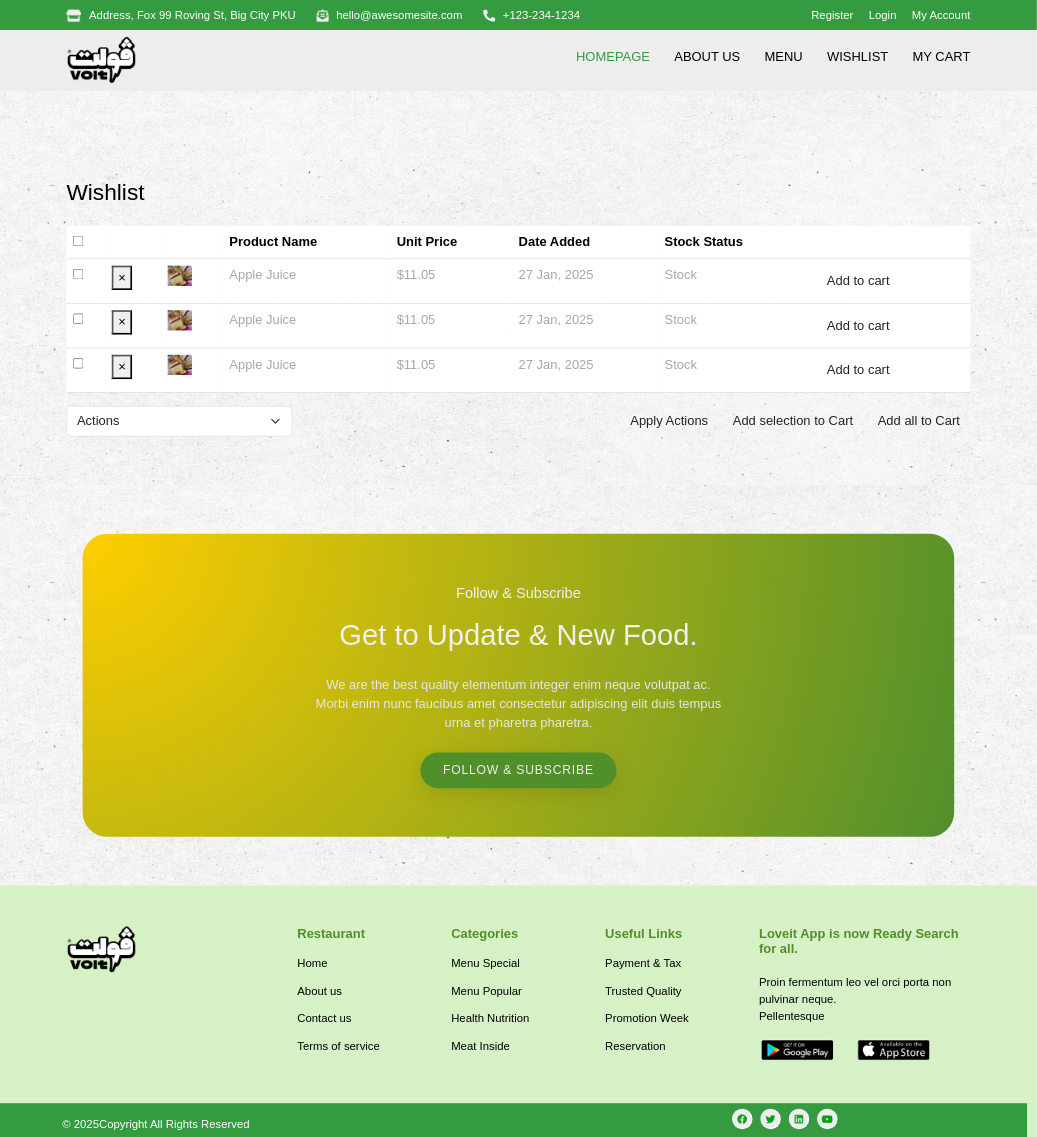
Repository: junivig/volt-new-project
Page: wishlist.html
An editor plug-in stored every save of this project. The page is shown before and after the next save, followed by the edit.
The browser window is 1280 px wide. The pictures show the whole page, at 81% of full size.

Above is the page before, as saved 2025-02-07 11:43:22.

### wishlist.html
<!DOCTYPE html>
<html lang="en">

<head>
  <meta charset="utf-8">
  <meta content="width=device-width, initial-scale=1.0" name="viewport">
  <title>Wishlist - Voltfood</title>
  <meta name="description" content="">
  <meta name="keywords" content="">

  <!-- Favicons -->
  <link href="assets/img/favicon.png" rel="icon">
  <link href="assets/img/apple-touch-icon.png" rel="apple-touch-icon">

  <!-- Fonts -->
  <link href="https://fonts.googleapis.com" rel="preconnect">
  <link href="https://fonts.gstatic.com" rel="preconnect" crossorigin>
  <link href="https://fonts.googleapis.com/css2?family=Roboto:ital,wght@0,100;0,300;0,400;0,500;0,700;0,900;1,100;1,300;1,400;1,500;1,700;1,900&family=Raleway:ital,wght@0,100;0,200;0,300;0,400;0,500;0,600;0,700;0,800;0,900;1,100;1,200;1,300;1,400;1,500;1,600;1,700;1,800;1,900&family=Ubuntu:ital,wght@0,300;0,400;0,500;0,700;1,300;1,400;1,500;1,700&display=swap" rel="stylesheet">

  <!-- Vendor CSS Files -->
  <link href="assets/vendor/bootstrap/css/bootstrap.min.css" rel="stylesheet">
  <link href="assets/vendor/bootstrap-icons/bootstrap-icons.css" rel="stylesheet">
  <link href="assets/vendor/aos/aos.css" rel="stylesheet">
  <link href="assets/vendor/glightbox/css/glightbox.min.css" rel="stylesheet">
  <link href="assets/vendor/swiper/swiper-bundle.min.css" rel="stylesheet">

  <!-- Main CSS File -->
  <link href="assets/css/main.css" rel="stylesheet">

  <!-- =======================================================
  * Template Name: eNno
  * Template URL: https://bootstrapmade.com/enno-free-simple-bootstrap-template/
  * Updated: Aug 07 2024 with Bootstrap v5.3.3
  * Author: BootstrapMade.com
  * License: https://bootstrapmade.com/license/
  ======================================================== -->
</head>

<body class="index-page">

  <header id="header" class="header ">
    <div class="container-fluid  top-header">
      <div class="container-xl">
          <div class="row align-items-center">
              <div class="col-md-8 d-flex align-items-center">
                <nav id="navmenu" class="navmenu">
                  <ul>
                <li class="">
                  <img src="assets/img/location-icon.png" alt="Location Icon" class="icon-right">
                  <span class="top-header-text">Address, Fox 99 Roving St, Big City PKU</span>
              </li>
                <li class="">
                  <img src="assets/img/email-icon.png" alt="Email Icon" class="icon-right">
                  <span class="top-header-text">hello@awesomesite.com</span>
              </li>
              <li class="">
                <img src="assets/img/phone-icon.png" alt="Phone Icon" class="icon-right">
                <span class="top-header-text">+123-234-1234</span>
            </li>
                  </ul>
                </nav>
              </div>
              <div class="col-md-4 text-end">
                  <a href="#" >Register</a>
                  <a href="#">Login</a>
                  <a href="#">My Account</a>
              </div>
          </div>
        </div>
  </div>
    <div class="container-fluid container-xl position-relative d-flex align-items-center">

      <a href="index.html" class="logo d-flex align-items-center me-auto">

        <img src="assets/img/logo.png" alt="Logo Image">
      </a>

      <nav id="navmenu" class="navmenu">
        <ul>
          <li><a href="index.html" class="active">HOMEPAGE</a></li>
          <li><a href="about.html">ABOUT US</a></li>
          <li><a href="menu.html">MENU</a></li>
          <li><a href="wishlist.html">WISHLIST</a></li>
          <li><a href="cart.html">MY CART</a></li>
          <!-- <li class="dropdown"><a href="#"><span>Dropdown</span> <i class="bi bi-chevron-down toggle-dropdown"></i></a>
            <ul>
              <li><a href="#">Dropdown 1</a></li>
              <li class="dropdown"><a href="#"><span>Deep Dropdown</span> <i class="bi bi-chevron-down toggle-dropdown"></i></a>
                <ul>
                  <li><a href="#">Deep Dropdown 1</a></li>
                  <li><a href="#">Deep Dropdown 2</a></li>
                  <li><a href="#">Deep Dropdown 3</a></li>
                  <li><a href="#">Deep Dropdown 4</a></li>
                  <li><a href="#">Deep Dropdown 5</a></li>
                </ul>
              </li>
              <li><a href="#">Dropdown 2</a></li>
              <li><a href="#">Dropdown 3</a></li>
              <li><a href="#">Dropdown 4</a></li>
            </ul>
          </li> -->
        </ul>
        <i class="mobile-nav-toggle d-xl-none bi bi-list"></i>
      </nav>

      <!-- <a class="btn-getstarted" href="index.html#about">Get Started</a> -->

    </div>
  </header>

  <main class="main">


        <!-- Cart Section -->
        <section id="testimonials" class="testimonials section light-background bg-image">
          <div class="container mt-5">
            <h3>Wishlist</h3>
            <table class="table wishlist-table  mt-4">
                <thead class="border-bottom">
                    <tr>
                        <th><input type="checkbox"></th>
                        <th></th>
                        <th></th>
                        <th>Product Name</th>
                        <th>Unit Price</th>
                        <th>Date Added</th>
                        <th>Stock Status</th>
                        <th></th>
                    </tr>
                </thead>
                <tbody>
                    <tr>
                        <td><input type="checkbox"></td>
                        <td><button class="btn-remove">&times;</button></td>
                        <td><img src="assets/img/breakfast.png" alt="Image"></td>
                        <td> Apple Juice</td>
                        <td>$11.05</td>
                        <td>27 Jan, 2025</td>
                        <td>Stock</td>
                        <td><button class="btn btn-cart">Add to cart</button></td>
                    </tr>
                    <tr>
                      <td><input type="checkbox"></td>
                      <td><button class="btn-remove">&times;</button></td>
                      <td><img src="assets/img/breakfast.png" alt="Image"></td>
                      <td> Apple Juice</td>
                      <td>$11.05</td>
                      <td>27 Jan, 2025</td>
                      <td>Stock</td>
                      <td><button class="btn btn-cart">Add to cart</button></td>
                  </tr>
                  <tr>
                    <td><input type="checkbox"></td>
                    <td><button class="btn-remove">&times;</button></td>
                    <td><img src="assets/img/breakfast.png" alt="Image"></td>
                    <td> Apple Juice</td>
                    <td>$11.05</td>
                    <td>27 Jan, 2025</td>
                    <td>Stock</td>
                    <td><button class="btn btn-cart">Add to cart</button></td>
                </tr>
                </tbody>
            </table>

            <div class="wishlist-actions d-flex justify-content-between">
                <select class="form-select w-25">
                    <option>Actions</option>
                </select>
                <div>
                    <button class="btn btn-cart">Apply Actions</button>
                    <button class="btn btn-cart">Add selection to Cart</button>
                    <button class="btn btn-cart">Add all to Cart</button>
                </div>
            </div>

        </div>
        </section>
      <!-- /Cart Section -->


  </main>





 <!-- /Subscribe Footer Section -->
 <section class="bg-image">
  <div class="footer-newsletter">
    <div class="container">
      <div class="row justify-content-center text-center">
        <div class="col-lg-6">
          <p class="footer-newsletter-sub-heading">Follow & Subscribe</p>
          <h4 class="footer-newsletter-heading">Get to Update & New Food.</h4>
          <p class="footer-newsletter-text">We are the best quality elementum integer enim neque volutpat ac. Morbi enim nunc
            faucibus amet consectetur adipiscing elit duis tempus urna et pharetra pharetra.</p>
            <div class="mt-4">
            <a href="#about" class="subscribe-button">FOLLOW & SUBSCRIBE</a>
          </div>
        </div>
      </div>
    </div>
  </div>
</section><!-- /Subscribe Footer Section -->

<footer id="footer" class="footer">
  <div class="container footer-top">
    <div class="row gy-4">
      <div class="col-lg-3 col-md-6 footer-about">
        <a href="index.html" class="logo d-flex align-items-center me-auto">
          <img src="assets/img/logo.png" alt="Logo Image">
        </a>

      </div>

      <div class="col-lg-2 col-md-3 footer-links">
        <h4 class="footer-pages-heading">Restaurant</h4>
        <ul>
          <li> <a href="#">Home</a></li>
          <li> <a href="about.html">About us</a></li>
          <li> <a href="contact.html">Contact us</a></li>
          <li> <a href="privacy-and-policy.html">Terms of service</a></li>
        </ul>
      </div>

      <div class="col-lg-2 col-md-3 footer-links">
        <h4 class="footer-pages-heading">Categories</h4>
        <ul>
          <li> <a href="#">Menu Special</a></li>
          <li> <a href="#">Menu Popular</a></li>
          <li> <a href="#">Health Nutrition</a></li>
          <li> <a href="#">Meat Inside</a></li>
        </ul>
      </div>
      <div class="col-lg-2 col-md-3 footer-links">
        <h4 class="footer-pages-heading">Useful Links</h4>
        <ul>
          <li> <a href="#">Payment & Tax</a></li>
          <li> <a href="#">Trusted Quality</a></li>
          <li> <a href="#">Promotion Week</a></li>
          <li> <a href="#">Reservation</a></li>
        </ul>
      </div>

      <div class="col-lg-3 col-md-12">
        <h4 class="footer-pages-heading">Loveit App is now Ready Search for all.</h4>
        <p>Proin fermentum leo vel orci porta non pulvinar neque. <br> Pellentesque</p>
        <div class="row">
          <div class="col-lg-5 col-md-6 col-sm-12">
            <img src="assets/img/android.png" alt="Google Play Image" class="mobile-app-image">
         </div>
         <div class="col-lg-5 col-md-6 col-sm-12">
          <img src="assets/img/apple.png" alt="Apple Store Image" class="mobile-app-image">
       </div>
      </div>

    </div>
  </div>
  </div>
  <div class="row copyright mt-4">
    <div class="row">
    <div class="col-lg-6 col-md-12 col-sm-12">
      <p class="mt-2">© 2025<span>Copyright All Rights Reserved</span></p>
    </div>
    <div class="col-lg-3 col-md-12 col-md-12">
    </div>
    <div class="col-lg-3 col-md-12 col-md-12 social-media-icons">
      <div class="social-links d-flex text-end">
        <a href=""><img src="assets/img/facebook.png" alt="Logo Image"></a>
        <a href=""><img src="assets/img/twitter.png" alt="Logo Image"></a>
        <a href=""><img src="assets/img/linkedin.png" alt="Logo Image"></i></a>
        <a href=""><img src="assets/img/youtube.png" alt="Logo Image"></i></a>
      </div>
    </div>
    </div>
  </div>
</footer>

  <!-- Scroll Top -->
  <a href="#" id="scroll-top" class="scroll-top d-flex align-items-center justify-content-center"><i class="bi bi-arrow-up-short"></i></a>

  <!-- Preloader -->
  <div id="preloader"></div>

  <!-- Vendor JS Files -->
  <script src="assets/vendor/bootstrap/js/bootstrap.bundle.min.js"></script>
  <script src="assets/vendor/php-email-form/validate.js"></script>
  <script src="assets/vendor/aos/aos.js"></script>
  <script src="assets/vendor/glightbox/js/glightbox.min.js"></script>
  <script src="assets/vendor/purecounter/purecounter_vanilla.js"></script>
  <script src="assets/vendor/imagesloaded/imagesloaded.pkgd.min.js"></script>
  <script src="assets/vendor/isotope-layout/isotope.pkgd.min.js"></script>
  <script src="assets/vendor/swiper/swiper-bundle.min.js"></script>
  <script>
    fetch("footer.html")
      .then(response => response.text())
      .then(data => document.getElementById("footer-placeholder").innerHTML = data)
      .catch(error => console.error("Error loading the footer:", error));
  </script>

  <!-- Main JS File -->
  <script src="assets/js/main.js"></script>
  <script>
    document.addEventListener("DOMContentLoaded", function () {
        document.querySelectorAll(".quantity-control button").forEach(button => {
            button.addEventListener("click", function () {
                let input = this.parentElement.querySelector("input");
                let value = parseInt(input.value);
                if (this.classList.contains("increase")) {
                    input.value = value + 1;
                } else if (this.classList.contains("decrease") && value > 1) {
                    input.value = value - 1;
                }
            });
        });

        document.querySelectorAll(".remove-btn").forEach(button => {
            button.addEventListener("click", function () {
                this.closest("tr").remove();
            });
        });
    });
</script>

</body>

</html>

### footer.html

<!-- Subscribe Footer Section -->
<section class="bg-image">
    <div class="footer-newsletter">
      <div class="container">
        <div class="row justify-content-center text-center">
          <div class="col-lg-6">
            <p class="footer-newsletter-sub-heading">Follow & Subscribe</p>
            <h4 class="footer-newsletter-heading">Get to Update & New Food.</h4>
            <p class="footer-newsletter-text">We are the best quality elementum integer enim neque volutpat ac. Morbi enim nunc
              faucibus amet consectetur adipiscing elit duis tempus urna et pharetra pharetra.</p>
            <div class="mt-4">
              <a href="#about" class="subscribe-button">FOLLOW & SUBSCRIBE</a>
            </div>
          </div>
        </div>
      </div>
    </div>
  </section>


  <footer id="footer" class="footer">
    <div class="container footer-top">
      <div class="row gy-4">
        <div class="col-lg-3 col-md-6 footer-about">
          <a href="index.html" class="logo d-flex align-items-center me-auto">
            <img src="assets/img/logo.png" alt="Logo Image">
          </a>

        </div>

        <div class="col-lg-2 col-md-3 footer-links">
          <h4 class="footer-pages-heading">Restaurant</h4>
          <ul>
            <li> <a href="#">Home</a></li>
            <li> <a href="about.html">About us</a></li>
            <li> <a href="contact.html">Contact us</a></li>
            <li> <a href="privacy-and-policy.html">Terms of service</a></li>
          </ul>
        </div>

        <div class="col-lg-2 col-md-3 footer-links">
          <h4 class="footer-pages-heading">Categories</h4>
          <ul>
            <li> <a href="#">Menu Special</a></li>
            <li> <a href="#">Menu Popular</a></li>
            <li> <a href="#">Health Nutrition</a></li>
            <li> <a href="#">Meat Inside</a></li>
          </ul>
        </div>
        <div class="col-lg-2 col-md-3 footer-links">
          <h4 class="footer-pages-heading">Useful Links</h4>
          <ul>
            <li> <a href="#">Payment & Tax</a></li>
            <li> <a href="#">Trusted Quality</a></li>
            <li> <a href="#">Promotion Week</a></li>
            <li> <a href="#">Reservation</a></li>
          </ul>
        </div>

        <div class="col-lg-3 col-md-12">
          <h4 class="footer-pages-heading">Loveit App is now Ready Search for all.</h4>
          <p>Proin fermentum leo vel orci porta non pulvinar neque. <br> Pellentesque</p>
          <div class="row">
            <div class="col-lg-5 col-md-6 col-sm-12">
              <img src="assets/img/android.png" alt="Google Play Image" class="mobile-app-image">
           </div>
           <div class="col-lg-5 col-md-6 col-sm-12">
            <img src="assets/img/apple.png" alt="Apple Store Image" class="mobile-app-image">
         </div>
        </div>

      </div>
    </div>
    </div>
    <div class="row copyright mt-4">
      <div class="row">
      <div class="col-lg-6 col-md-12 col-sm-12">
        <p class="mt-2">© 2025<span>Copyright All Rights Reserved</span></p>
      </div>
      <div class="col-lg-3 col-md-12 col-md-12">
      </div>
      <div class="col-lg-3 col-md-12 col-md-12 social-media-icons">
        <div class="social-links d-flex text-end">
          <a href=""><img src="assets/img/facebook.png" alt="Logo Image"></a>
          <a href=""><img src="assets/img/twitter.png" alt="Logo Image"></a>
          <a href=""><img src="assets/img/linkedin.png" alt="Logo Image"></i></a>
          <a href=""><img src="assets/img/youtube.png" alt="Logo Image"></i></a>
        </div>
      </div>
      </div>
    </div>
  </footer>

Loaded but not shown: assets/vendor/bootstrap/css/bootstrap.min.css (library); assets/vendor/bootstrap-icons/bootstrap-icons.css (library); assets/vendor/aos/aos.css (library); assets/vendor/glightbox/css/glightbox.min.css (library); assets/vendor/swiper/swiper-bundle.min.css (library); assets/vendor/bootstrap/js/bootstrap.bundle.min.js (library); assets/vendor/php-email-form/validate.js (common file); assets/vendor/aos/aos.js (library); assets/vendor/glightbox/js/glightbox.min.js (library); assets/vendor/purecounter/purecounter_vanilla.js (library); assets/vendor/imagesloaded/imagesloaded.pkgd.min.js (library); assets/vendor/isotope-layout/isotope.pkgd.min.js (library); assets/vendor/swiper/swiper-bundle.min.js (library); assets/js/main.js (209 lines, source omitted); assets/css/main.css (2467 lines, source omitted)

After the next save:
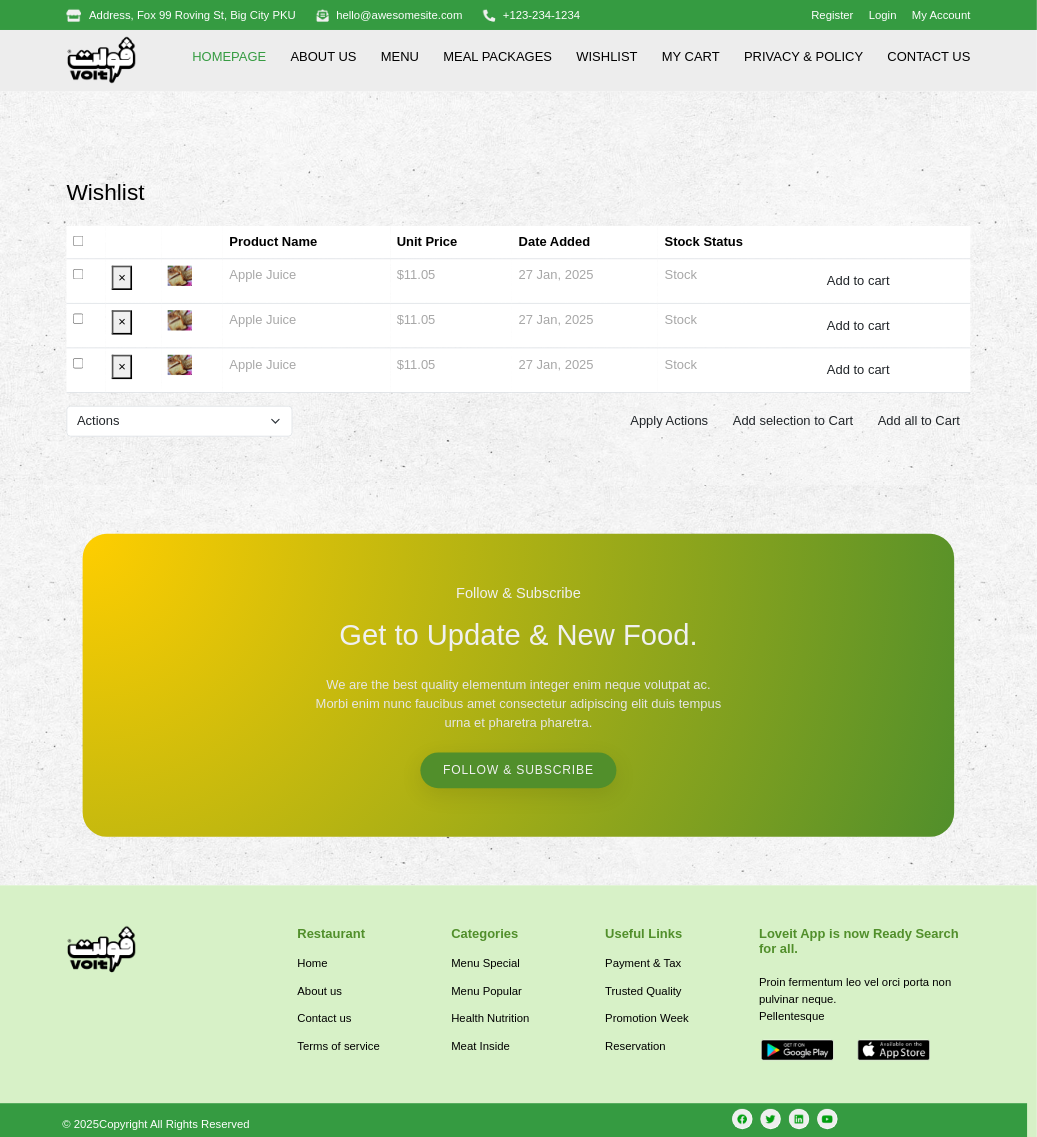
Saved 43 s later.
--- a/wishlist.html
+++ b/wishlist.html
@@ -61,9 +61,9 @@
                 </nav>
               </div>
               <div class="col-md-4 text-end">
-                  <a href="#" >Register</a>
-                  <a href="#">Login</a>
-                  <a href="#">My Account</a>
+                  <a href="auth.html" >Register</a>
+                  <a href="auth.html">Login</a>
+                  <a href="my-account.html">My Account</a>
               </div>
           </div>
         </div>
@@ -80,8 +80,11 @@
           <li><a href="index.html" class="active">HOMEPAGE</a></li>
           <li><a href="about.html">ABOUT US</a></li>
           <li><a href="menu.html">MENU</a></li>
+          <li><a href="meal-packages.html">MEAL PACKAGES</a></li>
           <li><a href="wishlist.html">WISHLIST</a></li>
           <li><a href="cart.html">MY CART</a></li>
+          <li><a href="privacy-and-policy.html">PRIVACY & POLICY</a></li>
+          <li><a href="contact.html">CONTACT US</a></li>
           <!-- <li class="dropdown"><a href="#"><span>Dropdown</span> <i class="bi bi-chevron-down toggle-dropdown"></i></a>
             <ul>
               <li><a href="#">Dropdown 1</a></li>
@@ -181,100 +184,19 @@
   </main>
 
 
-
-
-
  <!-- /Subscribe Footer Section -->
- <section class="bg-image">
-  <div class="footer-newsletter">
-    <div class="container">
-      <div class="row justify-content-center text-center">
-        <div class="col-lg-6">
-          <p class="footer-newsletter-sub-heading">Follow & Subscribe</p>
-          <h4 class="footer-newsletter-heading">Get to Update & New Food.</h4>
-          <p class="footer-newsletter-text">We are the best quality elementum integer enim neque volutpat ac. Morbi enim nunc
-            faucibus amet consectetur adipiscing elit duis tempus urna et pharetra pharetra.</p>
-            <div class="mt-4">
-            <a href="#about" class="subscribe-button">FOLLOW & SUBSCRIBE</a>
-          </div>
-        </div>
-      </div>
-    </div>
-  </div>
-</section><!-- /Subscribe Footer Section -->
-
-<footer id="footer" class="footer">
-  <div class="container footer-top">
-    <div class="row gy-4">
-      <div class="col-lg-3 col-md-6 footer-about">
-        <a href="index.html" class="logo d-flex align-items-center me-auto">
-          <img src="assets/img/logo.png" alt="Logo Image">
-        </a>
-
-      </div>
-
-      <div class="col-lg-2 col-md-3 footer-links">
-        <h4 class="footer-pages-heading">Restaurant</h4>
-        <ul>
-          <li> <a href="#">Home</a></li>
-          <li> <a href="about.html">About us</a></li>
-          <li> <a href="contact.html">Contact us</a></li>
-          <li> <a href="privacy-and-policy.html">Terms of service</a></li>
-        </ul>
-      </div>
-
-      <div class="col-lg-2 col-md-3 footer-links">
-        <h4 class="footer-pages-heading">Categories</h4>
-        <ul>
-          <li> <a href="#">Menu Special</a></li>
-          <li> <a href="#">Menu Popular</a></li>
-          <li> <a href="#">Health Nutrition</a></li>
-          <li> <a href="#">Meat Inside</a></li>
-        </ul>
-      </div>
-      <div class="col-lg-2 col-md-3 footer-links">
-        <h4 class="footer-pages-heading">Useful Links</h4>
-        <ul>
-          <li> <a href="#">Payment & Tax</a></li>
-          <li> <a href="#">Trusted Quality</a></li>
-          <li> <a href="#">Promotion Week</a></li>
-          <li> <a href="#">Reservation</a></li>
-        </ul>
-      </div>
-
-      <div class="col-lg-3 col-md-12">
-        <h4 class="footer-pages-heading">Loveit App is now Ready Search for all.</h4>
-        <p>Proin fermentum leo vel orci porta non pulvinar neque. <br> Pellentesque</p>
-        <div class="row">
-          <div class="col-lg-5 col-md-6 col-sm-12">
-            <img src="assets/img/android.png" alt="Google Play Image" class="mobile-app-image">
-         </div>
-         <div class="col-lg-5 col-md-6 col-sm-12">
-          <img src="assets/img/apple.png" alt="Apple Store Image" class="mobile-app-image">
-       </div>
-      </div>
-
-    </div>
-  </div>
-  </div>
-  <div class="row copyright mt-4">
-    <div class="row">
-    <div class="col-lg-6 col-md-12 col-sm-12">
-      <p class="mt-2">© 2025<span>Copyright All Rights Reserved</span></p>
-    </div>
-    <div class="col-lg-3 col-md-12 col-md-12">
-    </div>
-    <div class="col-lg-3 col-md-12 col-md-12 social-media-icons">
-      <div class="social-links d-flex text-end">
-        <a href=""><img src="assets/img/facebook.png" alt="Logo Image"></a>
-        <a href=""><img src="assets/img/twitter.png" alt="Logo Image"></a>
-        <a href=""><img src="assets/img/linkedin.png" alt="Logo Image"></i></a>
-        <a href=""><img src="assets/img/youtube.png" alt="Logo Image"></i></a>
-      </div>
-    </div>
-    </div>
-  </div>
-</footer>
+  <!-- Footer will be loaded here -->
+  <div id="footer-placeholder"></div>
+
+  <script>
+    // Load footer.html into the placeholder div
+    fetch("footer.html")
+        .then(response => response.text())
+        .then(data => {
+            document.getElementById("footer-placeholder").innerHTML = data;
+        })
+        .catch(error => console.error("Error loading footer:", error));
+</script>
 
   <!-- Scroll Top -->
   <a href="#" id="scroll-top" class="scroll-top d-flex align-items-center justify-content-center"><i class="bi bi-arrow-up-short"></i></a>
